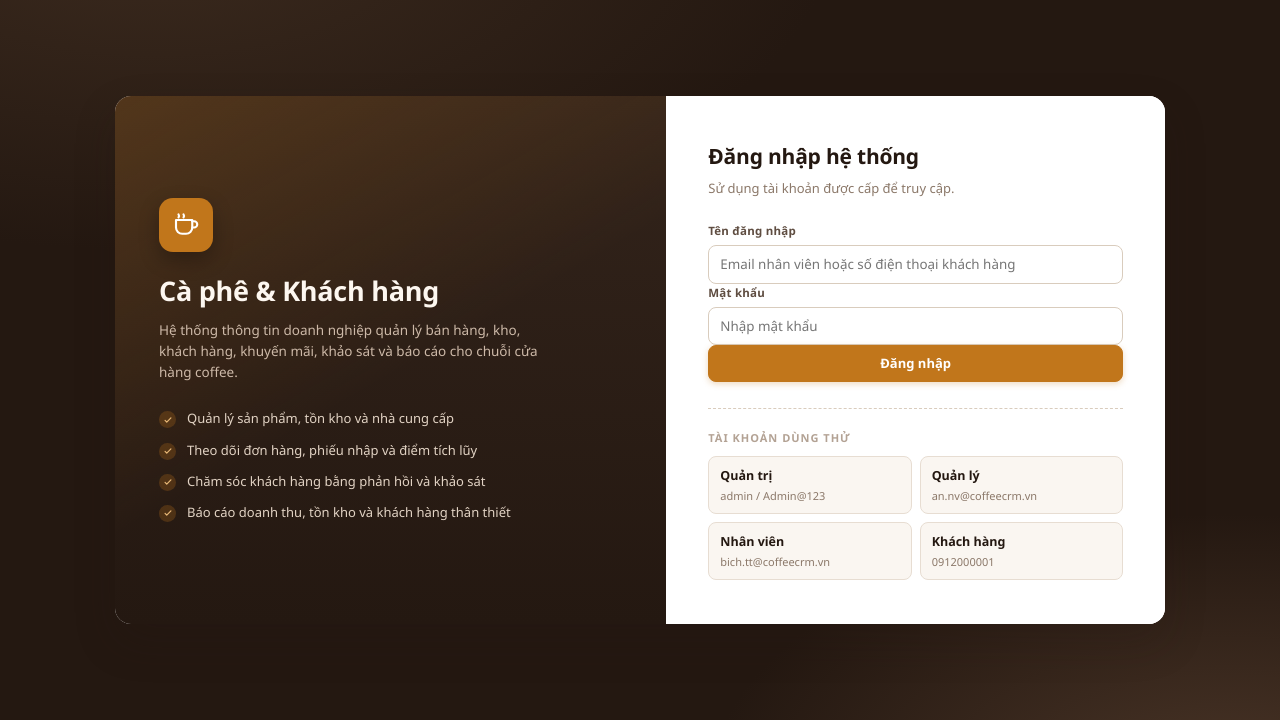
Repository: TTB003/thuy-trang
Page: public/index.html
An editor plug-in stored every save of this project. The page is shown before and after the next save, followed by the edit.
The browser window is 1280 px wide. The pictures show the whole page.
The page's requests for data from a server got no answer.

Above is the page before, as saved 2026-10-13 00:47:50.

### public/index.html
<!doctype html>
<html lang="vi">
<head>
  <meta charset="utf-8">
  <meta name="viewport" content="width=device-width, initial-scale=1">
  <title>Hệ thống CRM doanh nghiệp bán Coffee</title>
  <meta name="description" content="Hệ thống thông tin doanh nghiệp — quản lý bán hàng, khách hàng và chăm sóc khách hàng cho doanh nghiệp bán Coffee.">
  <link rel="icon" href="/favicon.svg" type="image/svg+xml">
  <link rel="stylesheet" href="/css/style.css">
</head>
<body>

<!-- ==================== MÀN HÌNH ĐĂNG NHẬP ==================== -->
<div id="man-hinh-dang-nhap" class="khung-dang-nhap">
  <div class="dang-nhap-chia-doi">
    <section class="dang-nhap-gioi-thieu">
      <div class="gioi-thieu-noi-dung">
        <div class="gioi-thieu-logo"></div>
        <h1>Cà phê & Khách hàng</h1>
        <p>
          Hệ thống thông tin doanh nghiệp quản lý bán hàng, kho, khách hàng,
          khuyến mãi, khảo sát và báo cáo cho chuỗi cửa hàng coffee.
        </p>
        <ul class="gioi-thieu-danh-sach">
          <li>Quản lý sản phẩm, tồn kho và nhà cung cấp</li>
          <li>Theo dõi đơn hàng, phiếu nhập và điểm tích lũy</li>
          <li>Chăm sóc khách hàng bằng phản hồi và khảo sát</li>
          <li>Báo cáo doanh thu, tồn kho và khách hàng thân thiết</li>
        </ul>
      </div>
    </section>

    <section class="dang-nhap-bieu-mau">
      <form id="bieu-mau-dang-nhap" class="the-dang-nhap" autocomplete="on" novalidate>
        <h2>Đăng nhập hệ thống</h2>
        <p class="phu-de">Sử dụng tài khoản được cấp để truy cập.</p>

        <label class="truong" for="ten-dang-nhap">
          <span>Tên đăng nhập</span>
          <input id="ten-dang-nhap" name="tenDangNhap" type="text" required
                 placeholder="Email nhân viên hoặc số điện thoại khách hàng" autocomplete="username">
        </label>

        <label class="truong" for="mat-khau">
          <span>Mật khẩu</span>
          <input id="mat-khau" name="matKhau" type="password" required
                 placeholder="Nhập mật khẩu" autocomplete="current-password">
        </label>

        <p id="loi-dang-nhap" class="loi-dang-nhap" hidden></p>

        <button id="nut-dang-nhap" class="nut nut-chinh nut-rong" type="submit">
          <span class="nhan-nut">Đăng nhập</span>
        </button>

        <div class="tai-khoan-goi-y">
          <p class="nhan-goi-y">Tài khoản dùng thử</p>
          <div class="danh-sach-goi-y">
            <button type="button" class="the-goi-y" data-dien="admin|Admin@123">
              <strong>Quản trị</strong><span>admin / Admin@123</span>
            </button>
            <button type="button" class="the-goi-y" data-dien="an.nv@coffeecrm.vn|Coffee@123">
              <strong>Quản lý</strong><span>an.nv@coffeecrm.vn</span>
            </button>
            <button type="button" class="the-goi-y" data-dien="bich.tt@coffeecrm.vn|Coffee@123">
              <strong>Nhân viên</strong><span>bich.tt@coffeecrm.vn</span>
            </button>
            <button type="button" class="the-goi-y" data-dien="0912000001|Khach@123">
              <strong>Khách hàng</strong><span>0912000001</span>
            </button>
          </div>
        </div>
      </form>
    </section>
  </div>
</div>

<!-- ==================== KHUNG ỨNG DỤNG ==================== -->
<div id="khung-ung-dung" class="khung-ung-dung" hidden>
  <button id="nut-mo-thanh-ben" class="nut-mo-thanh-ben" type="button" aria-label="Mở thanh điều hướng"></button>
  <div id="lop-phu-thanh-ben" class="lop-phu-thanh-ben" hidden></div>

  <aside class="thanh-ben" id="thanh-ben">
    <div class="thanh-ben-dau">
      <div class="thuong-hieu">
        <span class="thuong-hieu-logo" aria-hidden="true"></span>
        <span class="thuong-hieu-chu">
          <strong>Coffee CRM</strong>
          <small>Quản trị doanh nghiệp</small>
        </span>
      </div>
    </div>

    <nav class="dieu-huong" id="dieu-huong" aria-label="Điều hướng chính"></nav>

    <div class="thanh-ben-cuoi">
      <div class="nhan-ban" id="nhan-ban-he-thong"></div>
    </div>
  </aside>

  <div class="khu-chinh">
    <header class="thanh-tren">
      <div class="thanh-tren-trai">
        <h1 id="tieu-de-trang">Tổng quan</h1>
        <p id="mo-ta-trang"></p>
      </div>
      <div class="thanh-tren-phai">
        <div class="nguoi-dung" id="thong-tin-nguoi-dung"></div>
      </div>
    </header>

    <main class="noi-dung" id="noi-dung" tabindex="-1"></main>

    <footer class="chan-trang">
      <span>Hệ thống thông tin doanh nghiệp — CRM cho doanh nghiệp bán Coffee</span>
      <span id="chan-trang-csdl"></span>
    </footer>
  </div>
</div>

<!-- ==================== LỚP PHỦ DÙNG CHUNG ==================== -->
<div id="khu-thong-bao" class="khu-thong-bao" aria-live="polite" aria-atomic="true"></div>
<div id="khu-hop-thoai" class="khu-hop-thoai"></div>
<div id="lop-tai" class="lop-tai" hidden><div class="vong-xoay"></div></div>

<script type="module" src="/js/app.js"></script>
</body>
</html>

Loaded but not shown: public/js/pages/cua-toi.js (935 lines, source omitted); public/js/pages/baocao.js (770 lines, source omitted); public/js/pages/quan-tri.js (815 lines, source omitted); public/js/ui.js (755 lines, source omitted); public/js/pages/donhang.js (650 lines, source omitted); public/js/pages/sanpham.js (643 lines, source omitted); public/js/pages/khaosat.js (612 lines, source omitted); public/js/pages/phieunhap.js (543 lines, source omitted); public/js/trang-crud.js (467 lines, source omitted); public/js/pages/diem.js (386 lines, source omitted); public/js/app.js (412 lines, source omitted); public/js/pages/tong-quan.js (287 lines, source omitted); public/js/pages/khuyenmai.js (297 lines, source omitted); public/js/pages/phanhoi.js (273 lines, source omitted); public/js/gio-hang.js (232 lines, source omitted); public/js/format.js (210 lines, source omitted); public/js/pages/khachhang.js (228 lines, source omitted); public/js/pages/nhanvien.js (226 lines, source omitted); public/js/icons.js (107 lines, source omitted); public/js/api.js (106 lines, source omitted); public/js/router.js (103 lines, source omitted); public/js/store.js (102 lines, source omitted); public/js/pages/nhacungcap.js (81 lines, source omitted); public/js/pages/loaisanpham.js (46 lines, source omitted); public/css/style.css (1606 lines, source omitted)

After the next save:
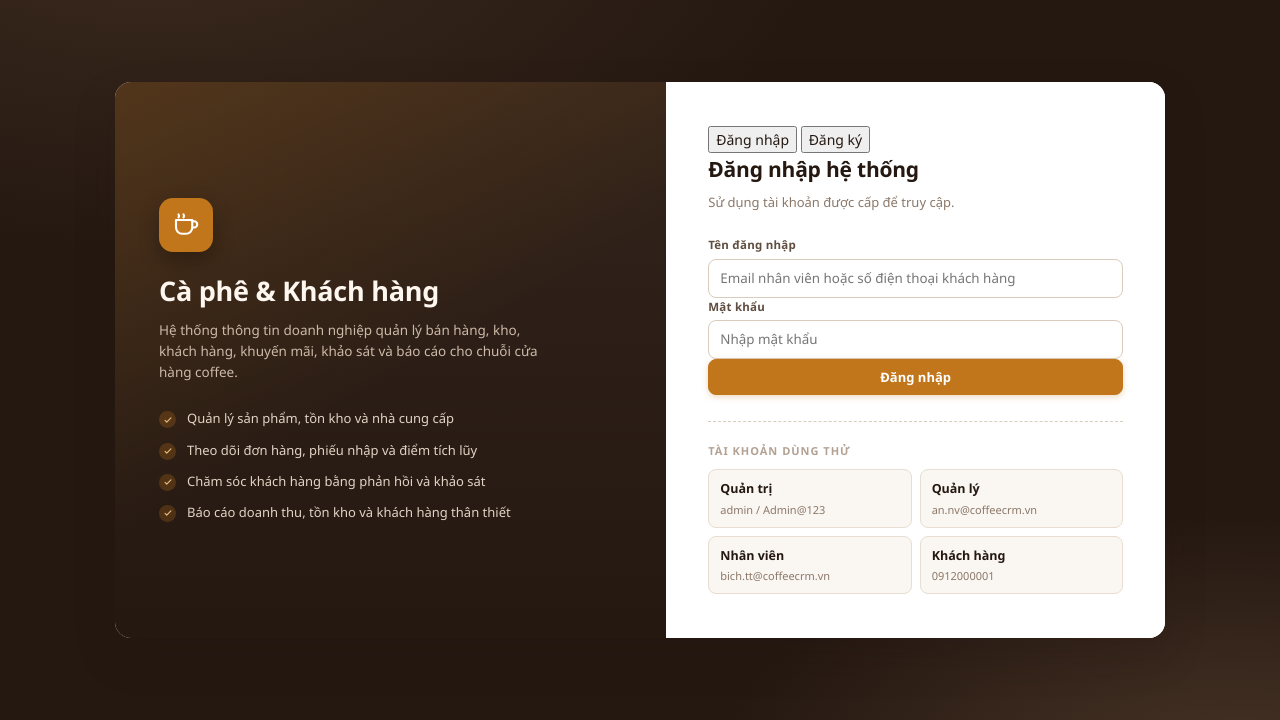
Saved 68 s later.
--- a/public/index.html
+++ b/public/index.html
@@ -31,7 +31,15 @@
     </section>
 
     <section class="dang-nhap-bieu-mau">
-      <form id="bieu-mau-dang-nhap" class="the-dang-nhap" autocomplete="on" novalidate>
+      <div class="the-dang-nhap">
+        <div class="chon-che-do" role="tablist" aria-label="Chọn đăng nhập hoặc đăng ký">
+          <button type="button" class="muc-che-do dang-chon" data-che-do="dang-nhap" role="tab"
+                  aria-selected="true">Đăng nhập</button>
+          <button type="button" class="muc-che-do" data-che-do="dang-ky" role="tab"
+                  aria-selected="false">Đăng ký</button>
+        </div>
+
+      <form id="bieu-mau-dang-nhap" class="bieu-mau-tai-khoan" autocomplete="on" novalidate>
         <h2>Đăng nhập hệ thống</h2>
         <p class="phu-de">Sử dụng tài khoản được cấp để truy cập.</p>
 
@@ -71,6 +79,53 @@
           </div>
         </div>
       </form>
+
+      <form id="bieu-mau-dang-ky" class="bieu-mau-tai-khoan" autocomplete="on" novalidate hidden>
+        <h2>Tạo tài khoản khách hàng</h2>
+        <p class="phu-de">Số điện thoại sẽ là tên đăng nhập của bạn.</p>
+
+        <label class="truong" for="dk-ho-ten">
+          <span>Họ và tên</span>
+          <input id="dk-ho-ten" name="hoTen" type="text" required maxlength="100"
+                 placeholder="Ví dụ: Nguyễn Thị Mai" autocomplete="name">
+        </label>
+
+        <label class="truong" for="dk-sdt">
+          <span>Số điện thoại</span>
+          <input id="dk-sdt" name="sdt" type="tel" required maxlength="15"
+                 placeholder="Ví dụ: 0912345678" autocomplete="tel">
+        </label>
+
+        <label class="truong" for="dk-mat-khau">
+          <span>Mật khẩu</span>
+          <input id="dk-mat-khau" name="matKhau" type="password" required
+                 placeholder="Ít nhất 6 ký tự" autocomplete="new-password">
+        </label>
+
+        <ul class="danh-sach-quy-tac" id="quy-tac-mat-khau" aria-live="polite">
+          <li data-quy-tac="doDai"><span class="cham-quy-tac"></span>Có ít nhất 6 ký tự</li>
+          <li data-quy-tac="chuHoa"><span class="cham-quy-tac"></span>Có ít nhất 1 chữ in hoa</li>
+          <li data-quy-tac="dacBiet"><span class="cham-quy-tac"></span>Có ít nhất 1 ký tự đặc biệt</li>
+        </ul>
+
+        <label class="truong" for="dk-nhap-lai">
+          <span>Nhập lại mật khẩu</span>
+          <input id="dk-nhap-lai" name="xacNhanMatKhau" type="password" required
+                 placeholder="Nhập lại mật khẩu vừa tạo" autocomplete="new-password">
+        </label>
+
+        <p id="loi-dang-ky" class="loi-dang-nhap" hidden></p>
+
+        <button id="nut-dang-ky" class="nut nut-chinh nut-rong" type="submit">
+          <span class="nhan-nut">Đăng ký</span>
+        </button>
+
+        <p class="goi-y-dang-ky">
+          Đăng ký để theo dõi đơn hàng, điểm tích lũy và nhận phiếu giảm giá
+          <strong>50% cho 1 ly vào đúng ngày sinh nhật</strong> (điền ngày sinh trong mục Hồ sơ của tôi).
+        </p>
+      </form>
+      </div>
     </section>
   </div>
 </div>
